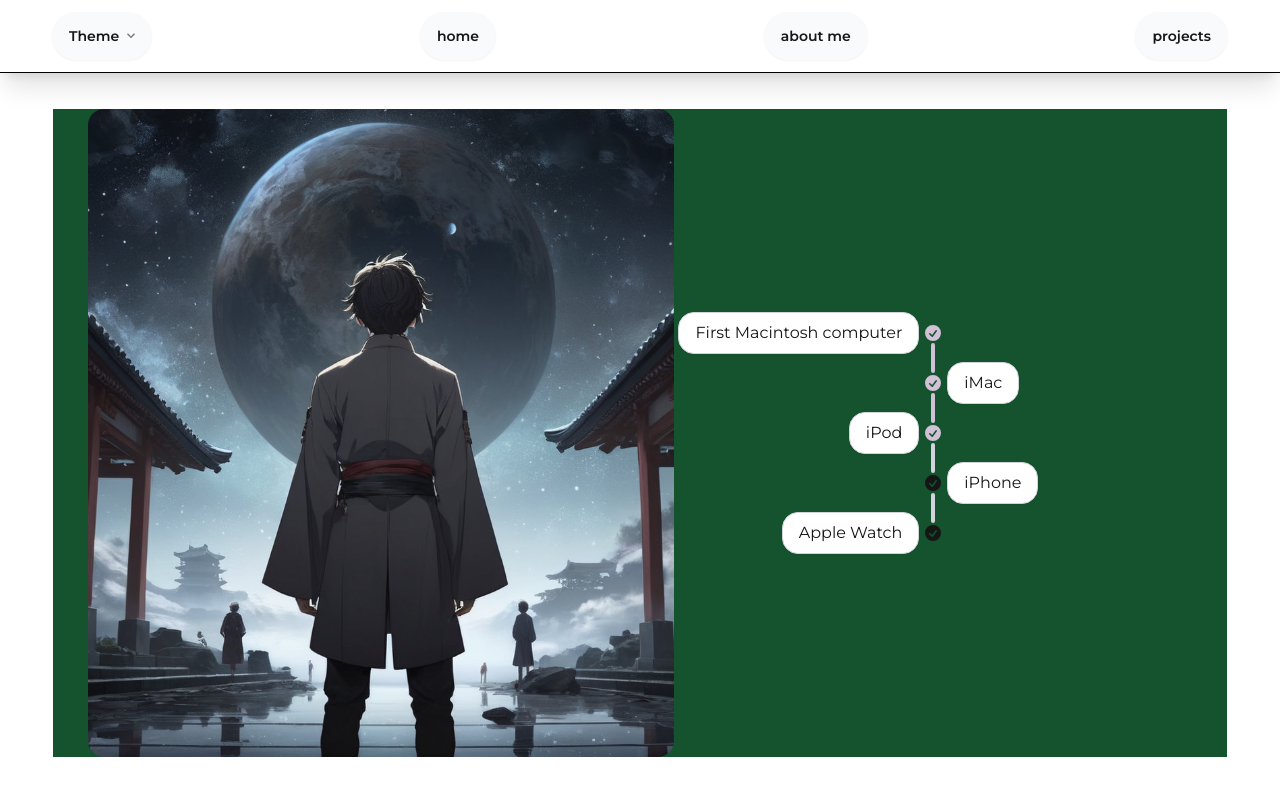
Repository: Yakyaz/myWebsite
Page: /about
The author's editor kept a copy of each file at every save. The page is drawn from the files as they stood at one save, then again after the next save.
The browser window is 1280 px wide. The pictures show the whole page.
The project was rebuilt for these pictures with package versions that can differ from the ones it lists, and the page was loaded fresh each time. The framework's server and built-in components were replaced by stand-ins that run in the browser. Also part of the build but not shown: next.config.js.

Above is the page before, as saved 2023-12-05 21:48:49.

After the next save:
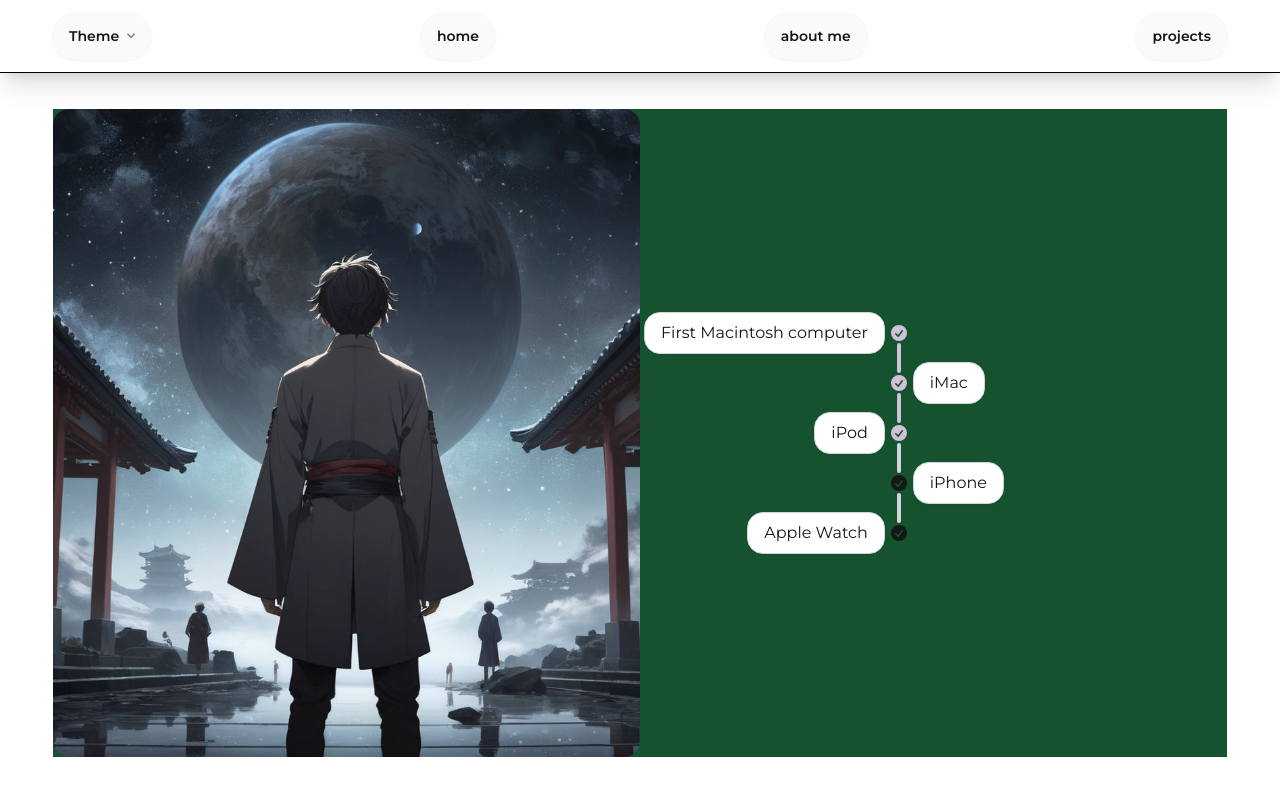
Saved 14 s later.
--- a/app/about/page.tsx
+++ b/app/about/page.tsx
@@ -5,7 +5,7 @@
   return (
     <main className="w-screen h-screen flex items-center justify-center ">
       <div
-        className="bg-green-900 w-11/12 flex justify-center items-center "
+        className="bg-green-900 w-11/12 flex  items-center "
         style={{ height: "90%" }}
       >
         <div className=" h-full w-1/2">
